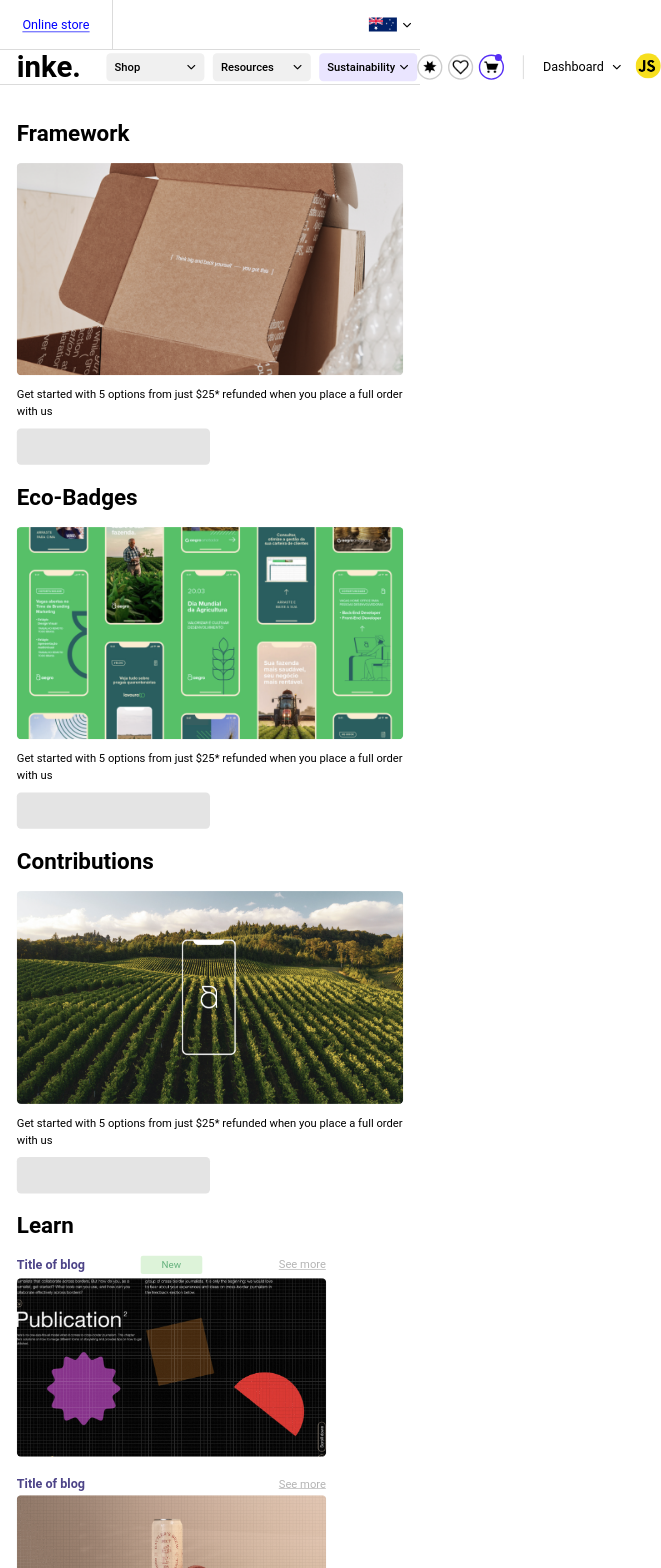
Repository: NguyenMinhKhanhB1909929/Practice_HTML-01
Page: index.html
These files come from the project's save history. The page is drawn as it stood at one moment and after the next save; the edit follows.
The browser window is 600 px wide. The page is 944 px wide, so the pictures cover 944 px, including what lies to the right of the window. The pictures show the part of the page from y = 0 to 2240 px (the page is 2748 px tall before and 2736 px after), at 70% of full size.
Some web libraries are served in a nearby version.

Above is the page before, as saved 2022-04-07 21:11:36.

### index.html
<!DOCTYPE html>
<html lang="en">
  <head>
    <meta charset="UTF-8" />
    <meta http-equiv="X-UA-Compatible" content="IE=edge" />
    <meta name="viewport" content="width=device-width, initial-scale=1.0" />
    <title>Practice 1</title>
    <link rel="stylesheet" href="./asset/style/style.css" />
    <link
      rel="stylesheet"
      href="https://cdnjs.cloudflare.com/ajax/libs/font-awesome/6.1.1/css/all.min.css"
    />
  </head>
  <body>
    <div class="main">
      <div class="header">
        <div class="header__about">
          <div class="header__about-text">
            <a href="" class="active">Online store</a>
          </div>
          <div class="header__about-text">
            <a href="">Quotes</a>
          </div>
          <div class="header__about-text">
            <img
              src="https://emojipedia-us.s3.dualstack.us-west-1.amazonaws.com/thumbs/120/google/313/waving-hand_1f44b.png"
              alt=""
              class="header__about-text__img"
            />
            <p class="m-0">
              <a href="">Contact us</a>
            </p>
          </div>
        </div>
        <div class="header__nation">
          <div class="header__nation-wrap">
            <div class="header__nation-flag">
              <img
                src="./asset/img/Australia.svg.webp"
                alt="abc"
                class="header__nation-flag-img"
              />
            </div>
            <div class="header__nation-name">
              <p class="m-0">Australia</p>
            </div>
            <div class="header__nation-icon">
              <i class="fa-solid fa-chevron-down"></i>
            </div>
          </div>
        </div>
      </div>
      <nav class="nav">
        <div class="nav__category">
          <div class="nav__logo">
            <a href="" class="nav__logo-link">inke.</a>
          </div>

          <div class="nav__category-opt">
            <p class="nav__category-opt-name">Shop</p>
            <div class="nav__category-opt-icon">
              <i class="fa-solid fa-chevron-down"></i>
            </div>
          </div>

          <div class="nav__category-opt">
            <p class="nav__category-opt-name">Resources</p>
            <div class="nav__category-opt-icon">
              <i class="fa-solid fa-chevron-down"></i>
            </div>
          </div>
          <div class="nav__category-opt active-btn">
            <p class="nav__category-opt-name">Sustainability</p>
            <div class="nav__category-opt-icon">
              <i class="fa-solid fa-chevron-down"></i>
            </div>
          </div>
        </div>
        <div class="nav__wrap">
          <div class="nav__icon-wrap">
            <div class="nav__icon">
              <img
                src="./asset/img/seven-pointed-star-vector-icon-seven-pointed-star-icon-vector-seven-pointed-star-icon-seven-pointed-star-vector-icon-96183751.jpg"
                alt=""
                class="nav__icon-img"
              />
            </div>
            <div class="nav__icon">
              <img
                src="./asset/img/heart-icon-free-vector.jpg"
                alt=""
                class="nav__icon-img"
              />
            </div>
            <div class="nav__icon active-icon">
              <img
                src="./asset/img/cart-icon-20.jpg"
                alt=""
                class="nav__icon-img"
              />
            </div>
          </div>
          <div class="nav__dash-wrap">
            <div class="nav__das-group">
              <p class="m-0 nav__das-text">Dashboard</p>
              <div class="nav__dash-icon">
                <i class="fa-solid fa-chevron-down"></i>
              </div>
            </div>
            <div class="nav__dash-user">
              <img
                src="./asset/img/images.png"
                alt=""
                class="nav__dash-user-img"
              />
            </div>
          </div>
        </div>
      </nav>
      <div class="container">
        <div class="row">
          <div class="col">
            <div class="container__heading">
              <p class="m-0 container__heading-name">Framework</p>
            </div>
            <div class="container__content">
              <img
                src="./asset/img/image 1.PNG"
                alt=""
                class="container__content-img"
              />
              <p class="container__content-desc">
                Get started with 5 options from just $25* refunded when you
                place a full order with us
              </p>
            </div>
            <button class="btn"></button>
          </div>
          <div class="col">
            <div class="container__heading">
              <p class="m-0 container__heading-name">Eco-Badges</p>
            </div>
            <div class="container__content">
              <img
                src="./asset/img/image2.PNG"
                alt=""
                class="container__content-img"
              />
              <p class="container__content-desc">
                Get started with 5 options from just $25* refunded when you
                place a full order with us
              </p>
            </div>
            <button class="btn"></button>
          </div>
          <div class="col">
            <div class="container__heading">
              <p class="m-0 container__heading-name">Contributions</p>
            </div>
            <div class="container__content">
              <img
                src="./asset/img/image3.PNG"
                alt=""
                class="container__content-img"
              />
              <p class="container__content-desc">
                Get started with 5 options from just $25* refunded when you
                place a full order with us
              </p>
            </div>
            <button class="btn"></button>
          </div>
          <div class="col">
            <div class="container__heading">
              <p class="m-0 container__heading-name">Learn</p>
            </div>
            <div class="container__content">
              <div class="container__content-group">
                <div class="container__content-group-img">
                  <img
                    src="./asset/img/image4.PNG"
                    alt=""
                    class="content-img"
                  />
                </div>
                <div class="container__content-group-title-more">
                  <div class="container__content-title-group">
                    <p class="container__content-title">Title of blog</p>
                    <a class="container__content-title-btn">New</a>
                  </div>
                  <a href="" class="container__content-more">See more</a>
                </div>
              </div>
              <div class="container__content-group">
                <div class="container__content-group-img">
                  <img
                    src="./asset/img/image6.PNG"
                    alt=""
                    class="content-img"
                  />
                </div>
                <div class="container__content-group-title-more">
                  <p class="container__content-title">Title of blog</p>
                  <a href="" class="container__content-more">See more</a>
                </div>
              </div>
              <div class="container__content-group">
                <div class="container__content-group-img">
                  <img
                    src="./asset/img/image7.PNG"
                    alt=""
                    class="content-img"
                  />
                </div>
                <div class="container__content-group-title-more">
                  <p class="container__content-title">Title of blog</p>
                  <a href="" class="container__content-more">See more</a>
                </div>
              </div>
            </div>
          </div>
        </div>
      </div>
    </div>
  </body>
</html>

### asset/style/style.css
* {
  box-sizing: border-box;
  margin: 0;
  font-family: "Roboto", sans-serif;
}
.m-0 {
  margin: 0;
}
.cur {
  cursor: pointer;
}
.main {
  width: 100%;
}
.header {
  padding: 0 30px;
  display: flex;
  font-size: 18px;
  justify-content: space-between;
  border-bottom: 1px solid #ccc;
}
.header__about {
  display: flex;
}
.header__about-text {
  padding: 24px 32px;
  display: flex;
  border-right: 1px solid #ccc;
}
.header__about-text:hover a {
  color: blue;
  cursor: pointer;
}
.header__about-text__img {
  width: 18px;
  height: 18px;
  display: flex;
  align-items: center;
  margin: 0 6px;
}
.header__nation {
  display: flex;
  align-items: center;
}
.header__nation-wrap {
  display: flex;
  cursor: pointer;
}
.header__nation-flag {
  display: flex;
  align-items: center;
}
.header__nation-flag-img {
  width: 40px;
}
.header__nation-name {
  padding: 24px 8px;
}
.header__nation-icon {
  display: flex;
  align-items: center;
  margin: 0 32px 0 4px;
  font-size: 13px;
}
.active {
  color: blue;
  border-bottom: 1px solid blue;
}
a {
  text-decoration: none;
  color: #000;
}

.nav {
  padding: 30px 62px;
  display: flex;
  font-size: 18px;
  justify-content: space-between;
  align-items: center;
  border-bottom: 1px solid #ccc;
}
.nav__category {
  display: flex;
  align-items: center;
}
.nav__logo {
  padding: 0 24px;
}
.nav__logo-link {
  font-size: 42px;
  font-weight: bold;
}
.nav__wrap {
  display: flex;
  align-items: center;
}
.nav__icon-wrap {
  display: flex;
  padding-right: 20px;
  position: relative;
  align-items: center;
  position: relative;
}

.nav__icon {
  width: 36px;
  height: 36px;
  border-radius: 100rem;
  border: 2px solid #ccc;
  display: flex;
  justify-content: center;
  align-items: center;
  margin-right: 8px;
  cursor: pointer;
}
.active-icon {
  border: 2px solid #552ef5;
  position: relative;
}
.active-icon::after {
  content: "";
  display: block;
  width: 10px;
  height: 10px;
  background-color: #552ef5;
  position: absolute;
  border-radius: 100rem;
  top: -3px;
  right: 1px;
}
.nav__icon-wrap::after {
  content: "";
  position: absolute;
  display: block;
  height: 34px;
  width: 1px;
  background-color: #ccc;
  right: 0;
  top: 50%;
  transform: translateY(-50%);
}
.nav__dash-wrap {
  display: flex;
  align-items: center;
}
.nav__das-text {
  margin-left: 28px;
}
.nav__dash-icon {
  font-size: 13px;
  margin: 0 12px;
}

.nav__category-opt {
  cursor: pointer;
  width: 140px;
  height: 40px;
  border-radius: 6px;
  border: none;
  background-color: #f0f0f0;
  margin-left: 12px;
  padding: 0 12px;
  display: flex;
  align-items: center;
  justify-content: space-between;
  font-size: 16px;
  font-weight: 500;
}
.nav__category-opt:hover {
  background-color: #eae5ff;
}
.nav__category-opt-icon {
  font-size: 13px;
  font-weight: bold;
}
.nav__dash-user {
  margin-left: 8px;
}
.nav__dash-user-img {
  width: 36px;
  border-radius: 100rem;
  height: 36px;
  object-fit: cover;
}
.nav__icon-img {
  width: 28px;
  height: 28px;
  border-radius: 100rem;
}
.active-btn {
  background-color: #eae5ff;
}
.container {
  margin: 0 80px;
  padding: 50px 0 0 0;
}
.row {
  display: flex;
}
.col {
  width: 25%;
  padding: 0 12px;
}
.container__heading {
}

.container__heading-name {
  font-size: 22px;
  font-weight: 600;
}
.container__content {
  margin-top: 24px;
}
.container__content-img {
  width: 100%;
  border-radius: 6px;
  margin-bottom: 18px;
  cursor: pointer;
}
.container__content-desc {
  font-size: 13px;
  line-height: 18px;
}
.btn {
  height: 34px;
  width: 96px;
  background-color: #e4e4e4;
  border: none;
  border-radius: 6px;
  margin-top: 24px;
  cursor: pointer;
}
.container__content-group {
  display: flex;
  margin-bottom: 20px;
}
.container__content-group-img {
  margin-right: 12px;
  width: 50%;
  cursor: pointer;
}
.content-img {
  width: 100%;
  border-radius: 6px;
}
.container__content-group-title-more {
  width: 50%;
  display: flex;
  flex-direction: column;
  justify-content: space-evenly;
}
.container__content-title-group {
  display: flex;
  width: 100%;
}
.container__content-title {
  font-size: 18px;
  font-weight: 600;
  color: #4d4488;
  width: 80%;
}
.container__content-title-btn {
  font-size: 10px;
  background-color: #ddf3d9;
  width: 20%;
  height: 20px;
  border-radius: 3px;
  text-align: center;
  line-height: 24px;
  color: #66b27e;
}
.container__content-more {
  font-size: 16px;
  color: #b5b5b5;
  text-decoration: underline;
  max-width: 392px;
}
.nav__das-group {
  display: flex;
  align-items: center;
  cursor: pointer;
}

/* ---------------------Responsive------------------- */
/* PC */
@media screen and (min-width: 64em) {
}
/* Tablet */
@media screen and (min-width: 46.25em) and (max-width: 63.9375em) {
  /* Header */
  .header {
    padding: 0 0;
  }
  .header__nation-name {
    display: none;
  }
  .header__nation-icon {
    margin-left: 12px;
    margin-right: 24px;
  }
  .header__nation-flag-img {
    width: 48px;
  }
  /* Nav */
  .nav {
    padding-left: 0;
    padding-right: 0;
  }
  .nav__das-group {
    display: none;
  }
  .nav__category-opt {
    width: auto;
    height: 46px;
  }
  .nav__category-opt-name {
    margin-right: 8px;
  }
  .nav__dash-user {
    margin-left: 12px;
    margin-right: 20px;
  }
  .nav__icon-wrap {
    padding-right: 12px;
  }
  .nav__logo {
    padding-right: 12px;
  }
  /* Container */
  .container {
    margin: 0 10px;
  }
  .row {
    flex-wrap: wrap;
  }
  .col {
    width: 50%;
    margin-bottom: 32px;
    padding: 0 24px;
  }
  .btn {
    height: 46px;
    width: 120px;
    margin-top: 16px;
  }
  .container__content-desc {
    font-size: 16px;
    line-height: 24px;
  }
  .container__heading-name {
    font-size: 28px;
  }
}

/* Mobile */
@media screen and (max-width: 46.1875em) {
  /* Header */
  .header {
    padding: 0;
  }
  .header__about-text:nth-child(2),
  .header__about-text:nth-child(3) {
    display: none;
  }
  .header__nation-name {
    display: none;
  }
  .header__nation-icon {
    margin: 0 12px 0 8px;
  }
  /* Nav */
  .nav {
    padding: 0;
  }
  /* Container */
  .container {
    margin: 0 12px;
  }
  .row {
    flex-direction: column;
  }
  .col {
    width: 100%;
    margin-bottom: 24px;
  }
  .container__content-img {
    margin-bottom: 12px;
  }
  .container__heading-name {
    font-size: 32px;
  }
  .container__content-desc {
    font-size: 16px;
    line-height: 24px;
  }
  .btn {
    margin-top: 12px;
    width: 50%;
    height: 52px;
  }
  .container__content-group {
    flex-direction: column-reverse;
    margin-bottom: 24px;
  }
  .container__content-group-img {
    width: 100%;
  }
  .content-img {
    width: 80%;
  }
  .container__content-group-title-more {
    display: flex;
    flex-direction: row;
    width: 80%;
    margin-bottom: 6px;
    align-items: center;
  }
  .container__content-title {
    width: 60%;
  }
  .container__content-title-btn {
    width: 30%;
    height: 26px;
    font-size: 14px;
    line-height: 26px;
  }
  .container__content-more {
    width: 50%;
    text-align: right;
  }
  .container__content-title-group {
    align-items: center;
  }
}

After the next save:
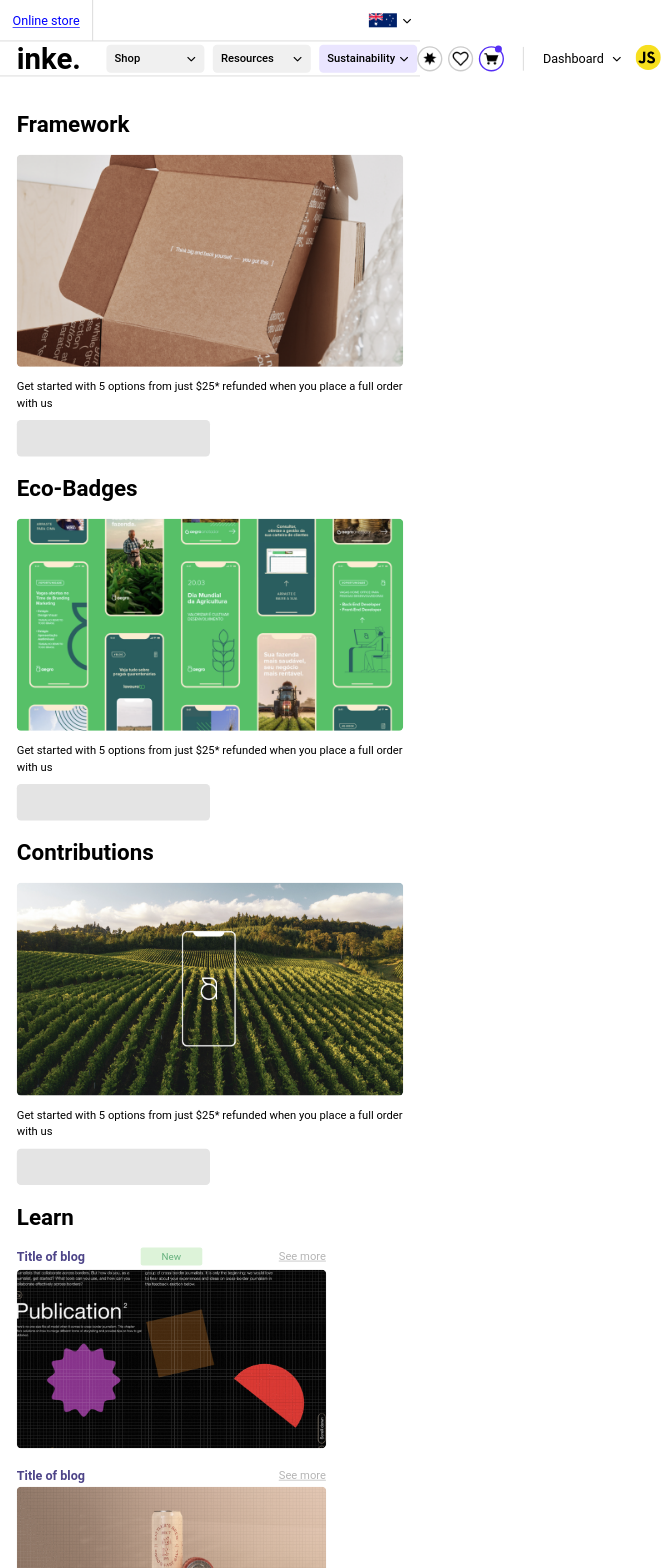
Saved 59 s later.
--- a/asset/style/style.css
+++ b/asset/style/style.css
@@ -358,6 +358,9 @@ a {
   .header {
     padding: 0;
   }
+  .header__about-text:nth-child(1) {
+    padding: 18px;
+  }
   .header__about-text:nth-child(2),
   .header__about-text:nth-child(3) {
     display: none;
